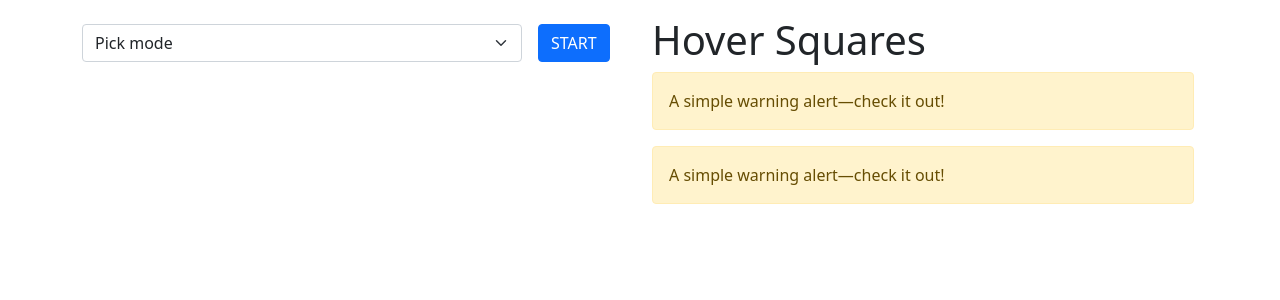
Repository: tsydikov/StarNaviTestTask
Page: /
The author's editor kept a copy of each file at every save. The page is drawn from the files as they stood at one save, then again after the next save.
The browser window is 1280 px wide. The pictures show the whole page.
The project was rebuilt for these pictures with package versions that can differ from the ones it lists, and the page was loaded fresh each time.

Above is the page before, as saved 2021-08-13 11:28:30.

### public/index.html
<!DOCTYPE html>
<html lang="en">
  <head>
    <meta charset="utf-8" />
    <link rel="icon" href="%PUBLIC_URL%/favicon.ico" />
    <meta name="viewport" content="width=device-width, initial-scale=1" />
    <meta name="theme-color" content="#000000" />
    <meta
      name="description"
      content="Web site created using create-react-app"
    />
    <link rel="apple-touch-icon" href="%PUBLIC_URL%/logo192.png" />
    <!--
      manifest.json provides metadata used when your web app is installed on a
      user's mobile device or desktop. See https://developers.google.com/web/fundamentals/web-app-manifest/
    -->
    <link rel="manifest" href="%PUBLIC_URL%/manifest.json" />
    <link href="https://cdn.jsdelivr.net/npm/bootstrap@5.1.0/dist/css/bootstrap.min.css" rel="stylesheet" integrity="sha384-KyZXEAg3QhqLMpG8r+8fhAXLRk2vvoC2f3B09zVXn8CA5QIVfZOJ3BCsw2P0p/We" crossorigin="anonymous">
    <!--
      Notice the use of %PUBLIC_URL% in the tags above.
      It will be replaced with the URL of the `public` folder during the build.
      Only files inside the `public` folder can be referenced from the HTML.

      Unlike "/favicon.ico" or "favicon.ico", "%PUBLIC_URL%/favicon.ico" will
      work correctly both with client-side routing and a non-root public URL.
      Learn how to configure a non-root public URL by running `npm run build`.
    -->
    <title>React App</title>
  </head>
  <body>
    <noscript>You need to enable JavaScript to run this app.</noscript>
    <div id="root"></div>
    <!--
      This HTML file is a template.
      If you open it directly in the browser, you will see an empty page.

      You can add webfonts, meta tags, or analytics to this file.
      The build step will place the bundled scripts into the <body> tag.

      To begin the development, run `npm start` or `yarn start`.
      To create a production bundle, use `npm run build` or `yarn build`.
    -->
  </body>
</html>

### src/App.js
import React from 'react'
import './App.css'

// const board = document.querySelector('#board')

function App() {
//   for (let i = 0; i < 5; i++) {
//     // for (let j = 0; j < 5; j++) {
//       const square = document.createElement('div')
//       square.classList.add('square')
//       board.append(square)
//     // }
// }
console.log(document.querySelector('#board'))
  return (
    <div className="container p-3">
      <div className="row ">
        <div className="col">
          <div className="row">
            <div className="col p-2">
              <select className="form-select p" aria-label="Default select example" defaultValue="0">
                <option value="0">Pick mode</option>
                <option value="1">Easy</option>
                <option value="2">Normal</option>
                <option value="3">Hard</option>
              </select>
              <button type="button" className="btn btn-primary">START</button>
            </div>
          </div>
          <div className="row">
            <div className="col">
              <div className="containerSquares" id="board">

              </div>
            </div>
          </div>
        </div>
        <div className="col">
          <h1>Hover Squares</h1>
          <div className="alert alert-warning" role="alert">
            A simple warning alert—check it out!
          </div>
            <div className="alert alert-warning" role="alert">
              A simple warning alert—check it out!
            </div>
        </div>
      </div>
    </div>
  );
}

export default App;

### src/App.css
.p {
    float: left;
    width: 80%;
    margin-right: 1rem;
}

.containerSquares {
    display: flex;
    justify-content: center;
    align-items: center;
    flex-wrap: wrap;
    max-width: 400px;
  }

  .square {
    width: 16px;
    height: 16px;
    background: white;
    margin: 2px;
    box-shadow: 0 0 2px #000;
    transition: 2s ease;
  }

### src/component/GameMode.js
import react from "react";

export default class GameMode extends React.Component {
    constructor(props) {
        super(props)

        this.state = {}
    }

    render() {
        return (
            <div className="row">
            <div className="col p-2">
              <select className="form-select p" aria-label="Default select example" defaultValue="0">
                <option value="0">Pick mode</option>
                <option value="1">Easy</option>
                <option value="2">Normal</option>
                <option value="3">Hard</option>
              </select>
              <button type="button" className="btn btn-primary">START</button>
            </div>
          </div>
        )
    }
}

Loaded but not shown: src/index.js (common file); src/reportWebVitals.js (common file)

After the next save:
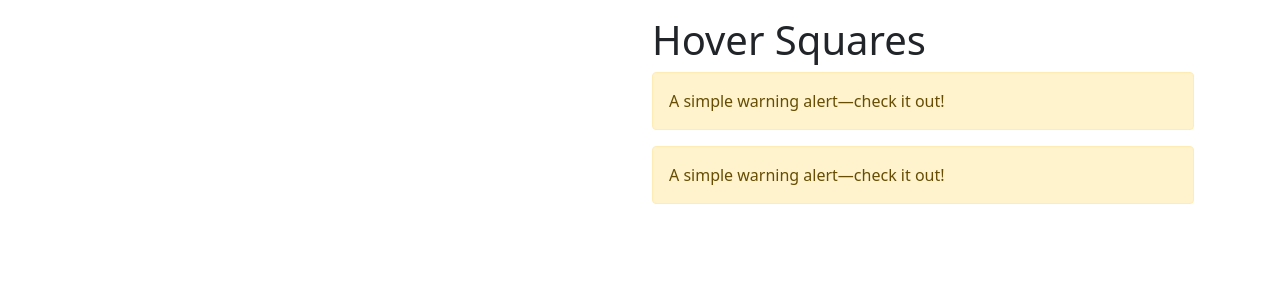
Saved 10 s later.
--- a/src/App.js
+++ b/src/App.js
@@ -1,5 +1,6 @@
 import React from 'react'
 import './App.css'
+
 
 // const board = document.querySelector('#board')
 
@@ -16,17 +17,7 @@
     <div className="container p-3">
       <div className="row ">
         <div className="col">
-          <div className="row">
-            <div className="col p-2">
-              <select className="form-select p" aria-label="Default select example" defaultValue="0">
-                <option value="0">Pick mode</option>
-                <option value="1">Easy</option>
-                <option value="2">Normal</option>
-                <option value="3">Hard</option>
-              </select>
-              <button type="button" className="btn btn-primary">START</button>
-            </div>
-          </div>
+
           <div className="row">
             <div className="col">
               <div className="containerSquares" id="board">

After the 2 saves that followed:
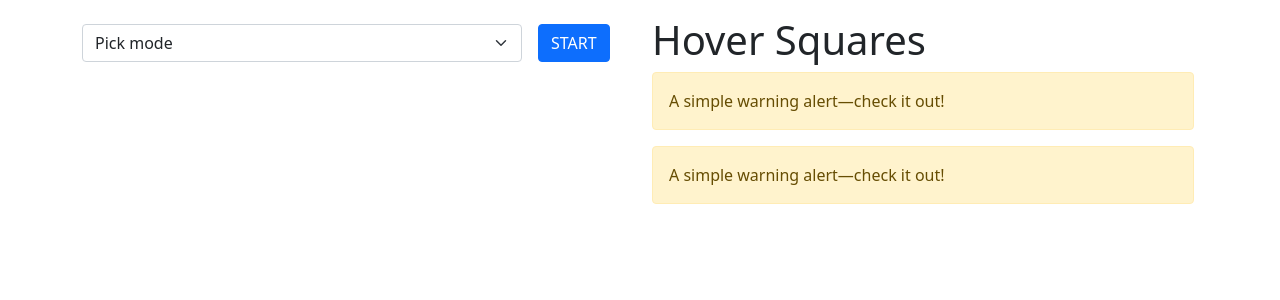
The 2 saves are shown as one change because 1 did not build or start.
The last was saved 63 s later.
--- a/src/App.js
+++ b/src/App.js
@@ -1,5 +1,6 @@
 import React from 'react'
 import './App.css'
+import GameMode from './component/GameMode';
 
 
 // const board = document.querySelector('#board')
@@ -17,7 +18,7 @@
     <div className="container p-3">
       <div className="row ">
         <div className="col">
-
+          <GameMode />
           <div className="row">
             <div className="col">
               <div className="containerSquares" id="board">
--- a/src/component/GameMode.js
+++ b/src/component/GameMode.js
@@ -1,4 +1,4 @@
-import react from "react";
+import React from "react";
 
 export default class GameMode extends React.Component {
     constructor(props) {
